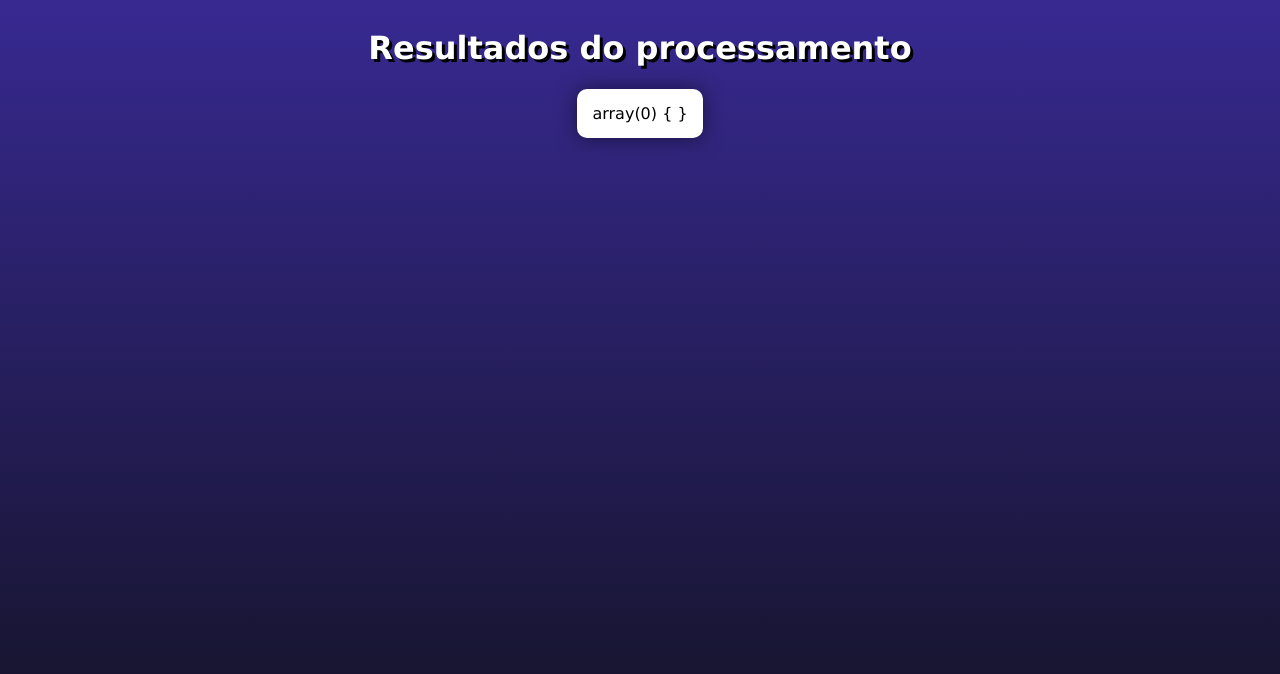
Repository: lcampagnaro/cursophp
Page: http://localhost/ex_form_php/cad.php
The author's editor kept a copy of each file at every save. The page is drawn from the files as they stood at one save, then again after the next save.
The browser window is 1280 px wide. The pictures show the whole page.
The page is run by PHP 8.4 with error messages shown; the project is at /var/www/html/.

Above is the page before, as saved 2023-08-29 14:17:20.

### ex_form_php/cad.php
<!DOCTYPE html>
<html lang="pt-br">
<head>
    <meta charset="UTF-8">
    <meta name="viewport" content="width=device-width, initial-scale=1.0">
    <title>Resultado</title>
    <link rel="stylesheet" href="style.css">
</head>
<body>
    <header>
        <h1>Resultados do processamento</h1>
    </header>
    <main>
        <?php
            var_dump($_REQUEST);

        ?>
    </main>



</body>
</html>

### ex_form_php/style.css
@charset "UTF-8";

* {
    font-family: Verdana, Geneva, Tahoma, sans-serif;
    box-sizing: border-box;
}

/* ELEMENTOS DA INTERFACE */

body {
    background-color: #15142b;
    background-image: linear-gradient(180deg, #372991, #15142b);
    background-repeat: no-repeat;
    background-position: center center;
    background-size: cover;
    background-attachment: fixed;

    display: flex;
    flex-direction: column;
    flex-wrap: nowrap;
    justify-content: center;
    align-items: center;
}

header, main, section, article {
    max-width: 700px;
}

header > h1 {
    color: white;
    text-shadow: 3px 3px 0px black;
}

main, section, article {
    background-color: white;
    padding: 15px;
    margin-bottom: 20px;
    border-radius: 10px;
    box-shadow: 0px 0px 20px rgba(0, 0, 0, 0.502);
}

footer {
    display: block;
    width: 100vw;
    background-color: #291f6c;
    color: white;
    text-align: center;
    margin-top: auto;
    padding: 5px;
}

p {
    text-align: justify;
    line-height: 1.5em;
}

h2, h3, h4 {
    color: #372991;
    margin: 0 0 10px 0;
}

a {
    color: #15142b;
    background-color: rgba(55, 41, 145, 0.1);
    padding: 0 3px;
    font-weight: 600;
    text-decoration: none;
    border-bottom: .5px dotted #372991;
}

a:hover {
    color: #372991;
    border-bottom: 1px solid #372991;
}

/* TABELAS E LISTAS */

table {
    min-width: 400px;
    border-spacing: 0px;
    border: 0.5px solid #372991;
    margin: 10px auto;
}

table th {
    background-color: #372991;
    color: white;
    padding: 5px;
    text-align: left;
}

table td {
    padding: 5px;
}

table tr {
    background-color: rgba(55, 41, 145, 0.05);
}

table tr:nth-child(odd) {
    background-color: rgba(55, 41, 145, 0.3);
}

table.divisao {
    border: 1px solid white;
}

table.divisao td {
    background-color: white;
    padding: 20px;
    text-align: center;
    font-size: 2.5em;
}

table.divisao  tr:nth-child(1) td:nth-child(2) {
    border-bottom: 3px solid black;
    border-left: 3px solid black;
}

table.divisao tr:nth-child(2) td:nth-child(2) {
    border-left: 3px solid black;
}

table.divisao tr:nth-child(2) td:nth-child(1) {
    text-decoration: underline;
}

ul > li::marker {
    color: #372991;
}

/* ELEMENTOS DE FORMULÁRIO */

form {
    background-color: rgba(55, 41, 145, 0.2);
    padding: 15px;
    border-radius: 10px;
}

form label {
    display: block;
    width: fit-content;
    font-size: 0.8em;
    font-weight: 100;
    background-color: rgba(55, 41, 145, 0.2);
    padding: 3px 7px;
    margin-top: 10px;
    margin-bottom: 0px;
    border-radius: 5px;
}

input[type=text], [type=number], select, input[type=date], input[type=date], input[type=datetime], input[type=email], input[type=month], input[type=password], input[type=range], input[type=tel], input[type=time], input[type=week] {
    width: 100%;
    padding: 12px 20px;
    font-size: 1em;
    margin: 8px 0;
    display: inline-block;
    border: 1px solid #ccc;
    border-radius: 4px;
    box-sizing: border-box;
}

input[type=submit] {
    width: 100%;
    background-color: #4CAF50;
    font-size: 1em;
    color: white;
    padding: 10px 20px;
    margin: 5px 0;
    border: none;
    border-radius: 4px;
    cursor: pointer;
}

input[type=submit]:hover {
    background-color: #45a049;
}

input[type=reset] {
    width: 100%;
    background-color: #eb9903;
    font-size: 1em;
    color: white;
    padding: 10px 20px;
    margin: 5px 0;
    border: none;
    border-radius: 4px;
    cursor: pointer;
}

input[type=reset]:hover {
    background-color: #c27013;
}

input[type=button], button {
    width: 100%;
    background-color: #372991;
    font-size: 1em;
    color: white;
    padding: 10px 20px;
    margin: 5px 0;
    border: none;
    border-radius: 4px;
    cursor: pointer;
}

input[type=button]:hover, button:hover {
    background-color: #291f6c;
}

fieldset {
    border: 0.5px dotted #372991;
}

fieldset > legend {
    font-size: 0.8em;
    font-weight: 100;
    background-color: rgba(55, 41, 145, 0.2);
    padding: 3px 7px;
    border-radius: 5px;
}

input[type=radio] + label, input[type=checkbox] + label {
    display: inline-block;
    font-size: 1em;
    background-color: rgba(0, 0, 0, 0);
}

After the next save:
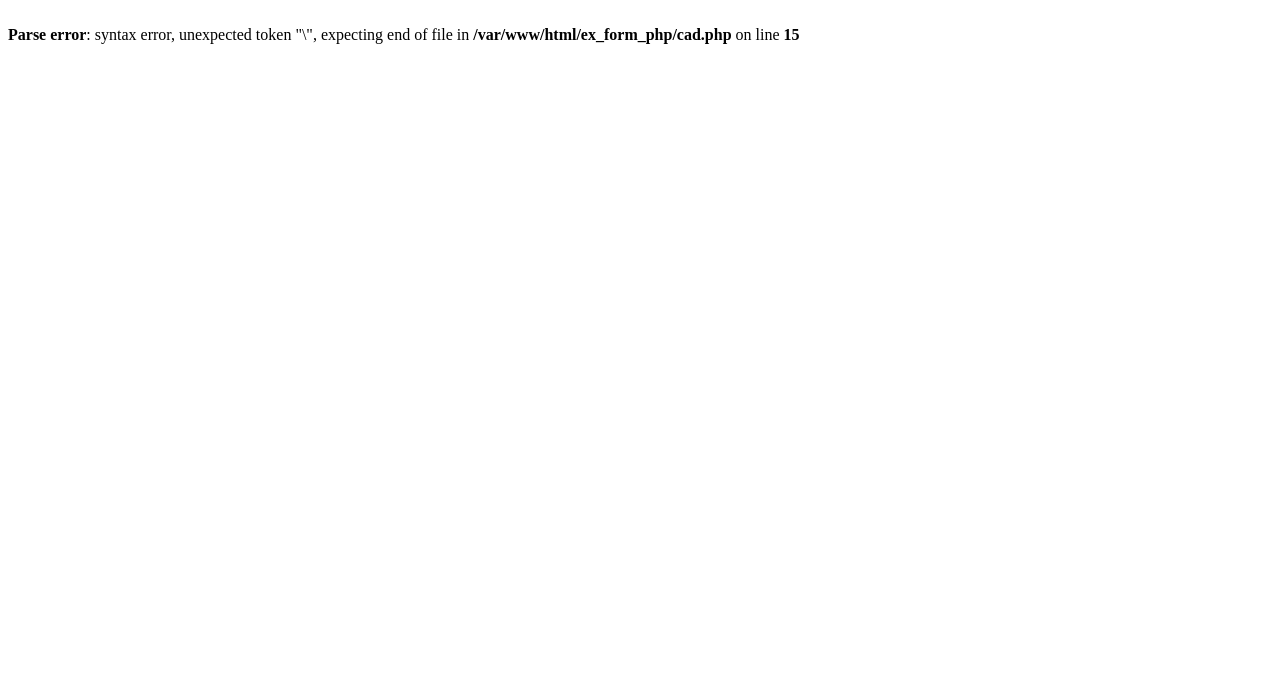
Saved 17 s later.
--- a/ex_form_php/cad.php
+++ b/ex_form_php/cad.php
@@ -12,7 +12,7 @@
     </header>
     <main>
         <?php
-            var_dump($_REQUEST);
+            \\var_dump($_REQUEST);
 
         ?>
     </main>

After the save that followed:
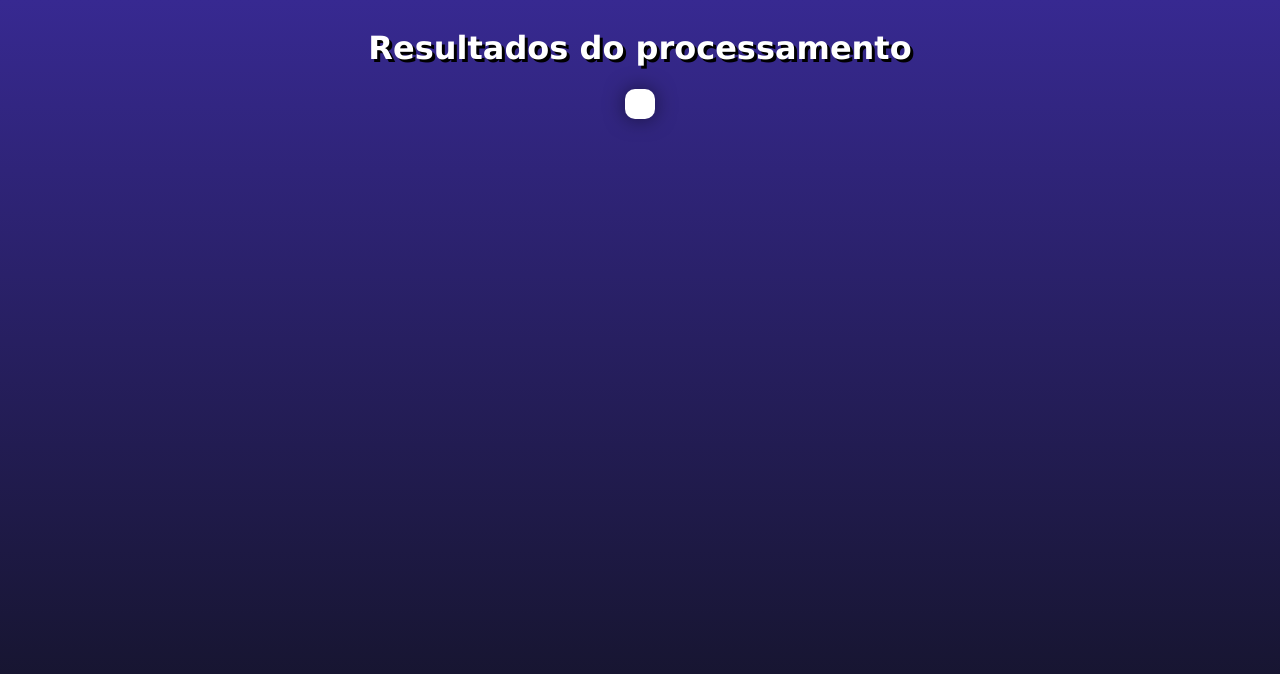
Saved 4 s later.
--- a/ex_form_php/cad.php
+++ b/ex_form_php/cad.php
@@ -12,7 +12,7 @@
     </header>
     <main>
         <?php
-            \\var_dump($_REQUEST);
+            //var_dump($_REQUEST);
 
         ?>
     </main>
